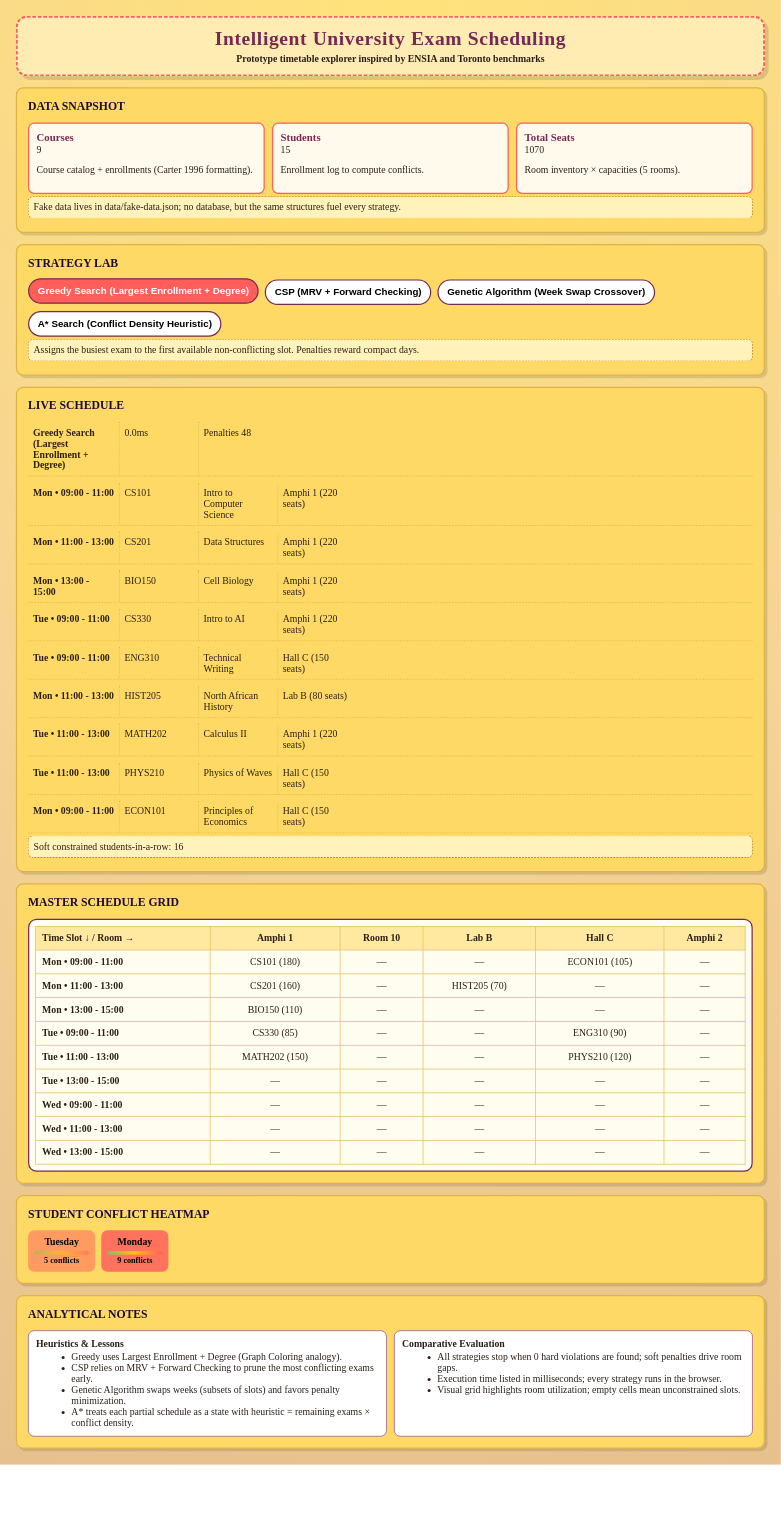
Repository: tarikko/AIExamScheduler
Page: index.html
These files come from the project's save history. The page is drawn as it stood at one moment and after the next save; the edit follows.
The browser window is 1280 px wide. The pictures show the whole page, at 61% of full size.

Above is the page before, as saved 2026-02-23 22:25:11.

After the next save:
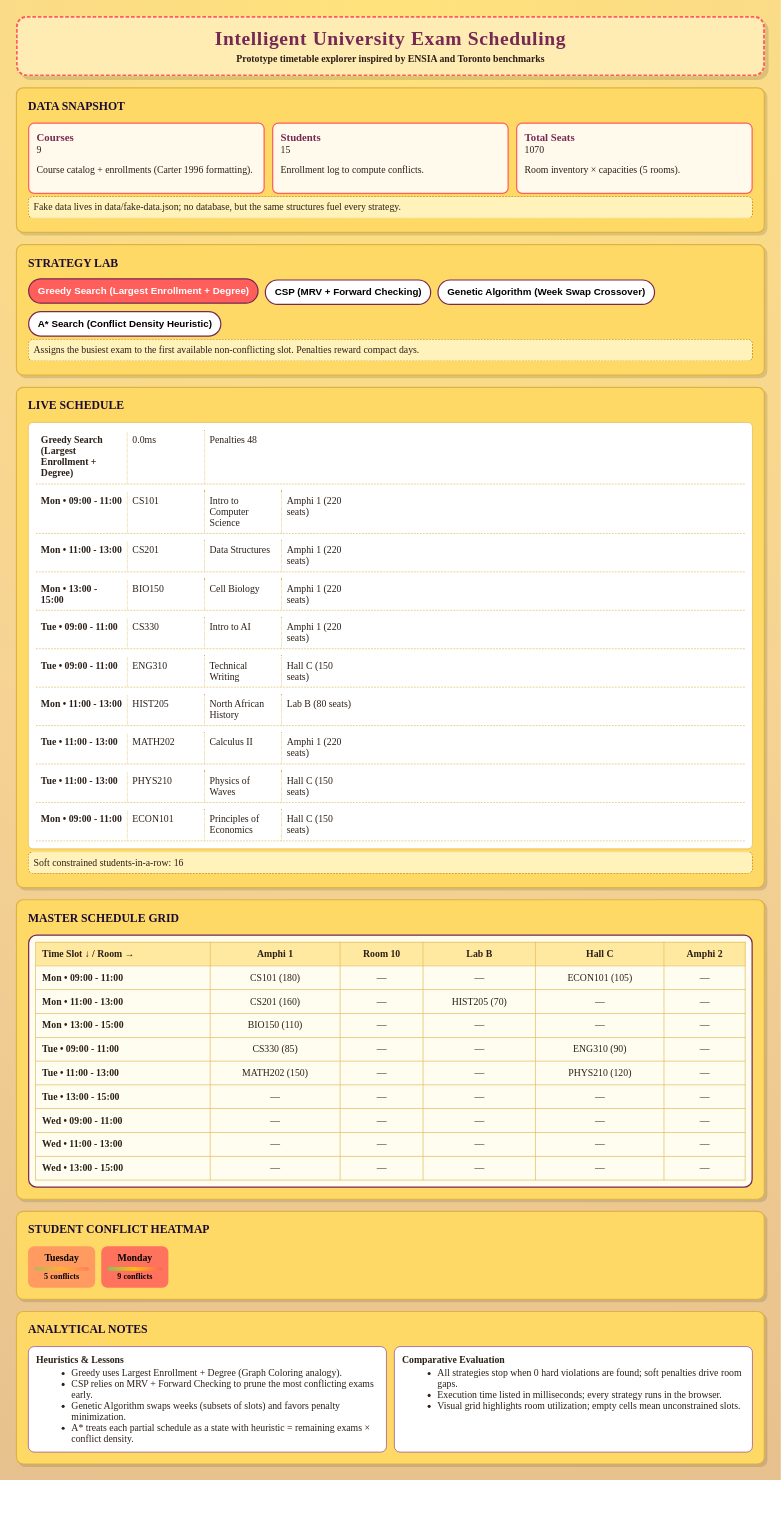
Saved 4 min 0 s later.
--- a/css/styles.css
+++ b/css/styles.css
@@ -112,6 +112,11 @@ h3 {
   display: flex;
   flex-direction: column;
   gap: 10px;
+  width: 100%;
+  background: #ffffff;
+  padding: 12px;
+  border-radius: 8px;
+  border: 1px solid var(--grid-line);
 }
 
 .legend {
